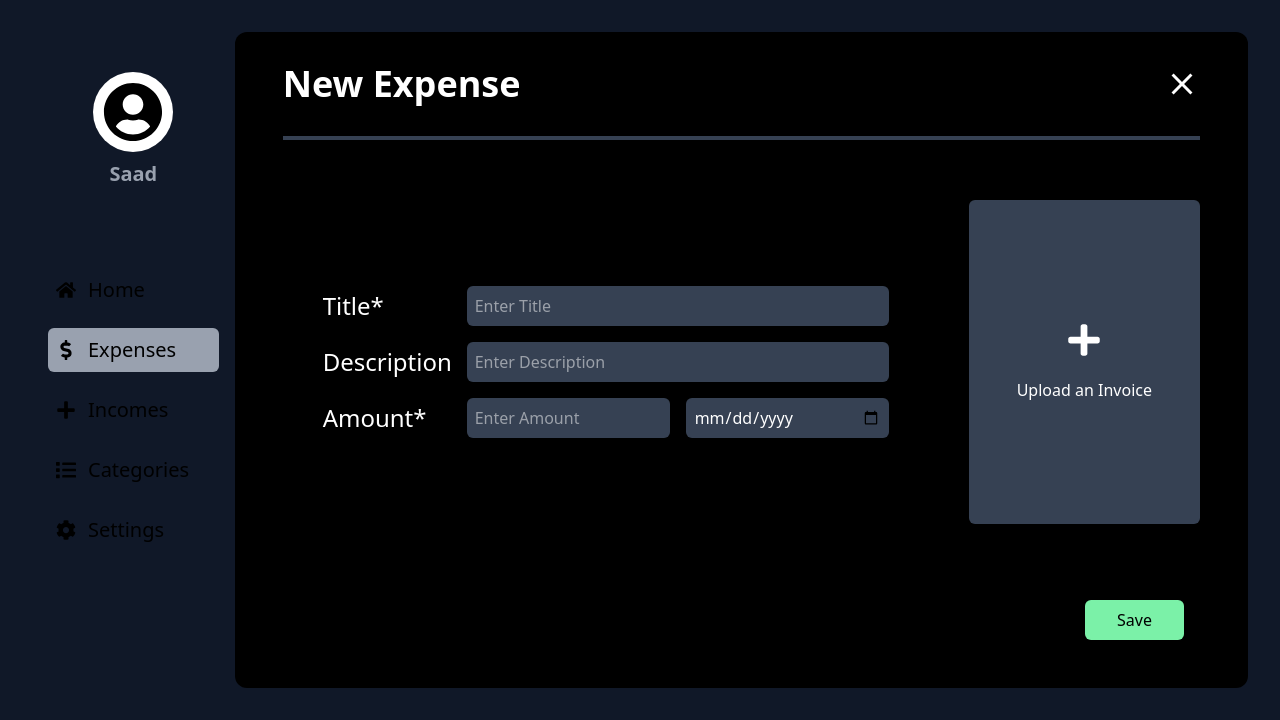
Repository: saad-naveed-brainx/Expense
Page: /expenses
These files come from the project's save history. The page is drawn as it stood at one moment and after a run of saves; the edit follows.
The browser window is 1280 px wide. The pictures show the whole page.
The project was rebuilt for these pictures with package versions that can differ from the ones it lists, and the page was loaded fresh each time. Also part of the build but not shown: vite.config.js, src/components/LandingPage.jsx, src/components/NotUsed.jsx.

Above is the page before, as saved 2025-09-04 17:31:48.

After the next 2 saves:
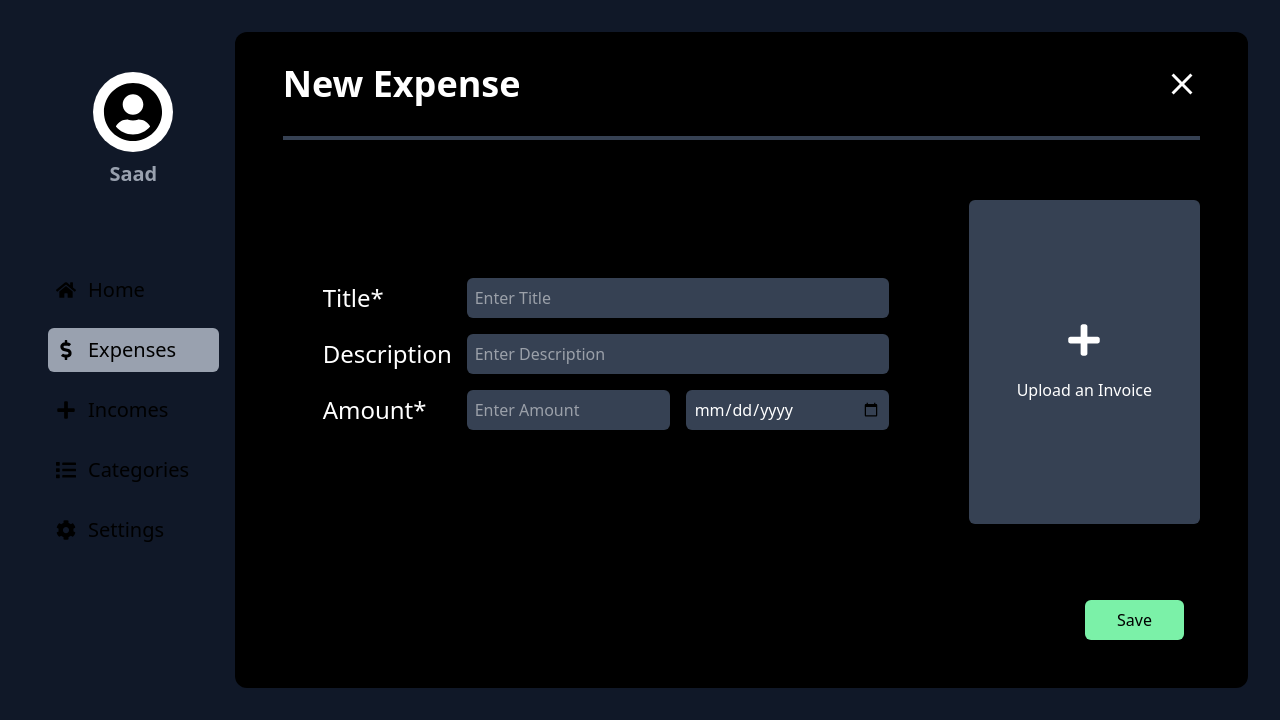
The 2 saves are shown as one change because they came seconds apart.
The last was saved 24 s later.
--- a/src/components/Expenses.jsx
+++ b/src/components/Expenses.jsx
@@ -47,6 +47,7 @@ export default function Expenses() {
               />
               <input type="date"  placeholder='Select Date' className='bg-gray-700 rounded-md p-2 flex-1 min-w-0' {...register("date", {required:true})} />
             </div>
+            <div></div>
           </form>
         </div>
         <div className='bg-gray-700 rounded-md p-2 h-full w-full flex flex-col gap-5 items-center justify-center cursor-pointer'>
